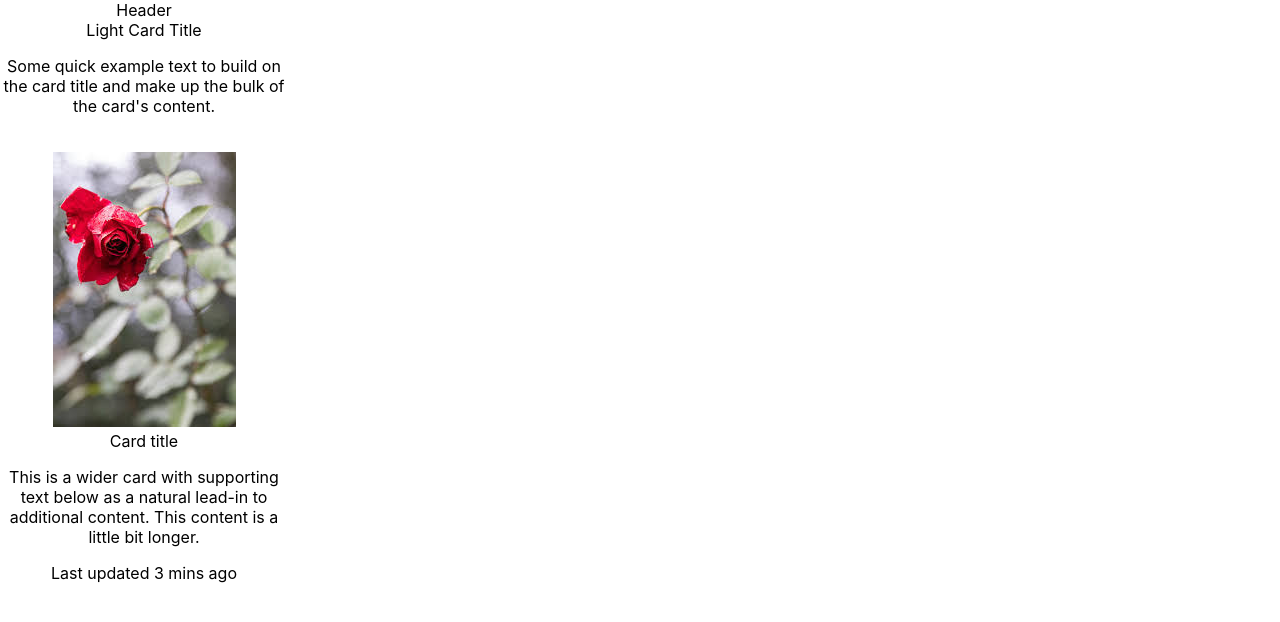
Repository: vakharia5/Preview
Page: /
These files come from the project's save history. The page is drawn as it stood at one moment and after the next save; the edit follows.
The browser window is 1280 px wide. The pictures show the whole page.
The project was rebuilt for these pictures with package versions that can differ from the ones it lists, and the page was loaded fresh each time.

Above is the page before, as saved 2020-06-22 13:07:20.

After the next save:
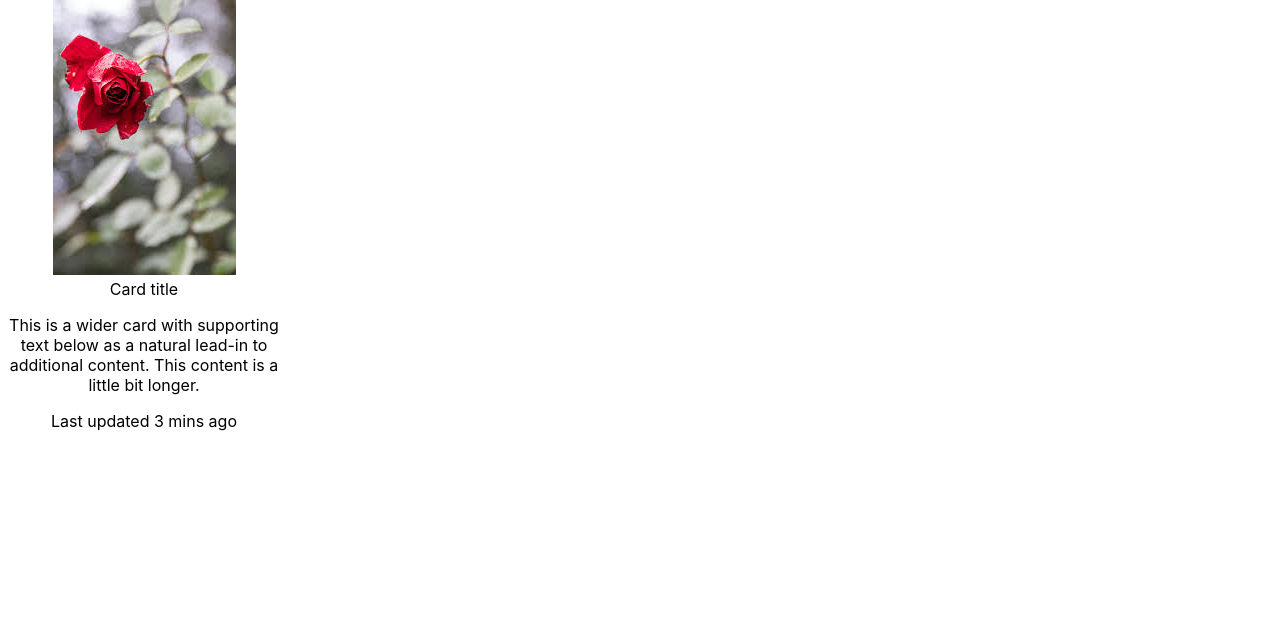
Saved 11 s later.
--- a/src/components/CardList.js
+++ b/src/components/CardList.js
@@ -6,19 +6,6 @@
     render() {
         return (
    <div>
-
-
-        <Card border="secondary" style={{ width: '18rem' }}>
-          <Card.Header>Header</Card.Header>
-          <Card.Body>
-            <Card.Title>Light Card Title</Card.Title>
-            <Card.Text>
-              Some quick example text to build on the card title and make up the bulk
-              of the card's content.
-            </Card.Text>
-          </Card.Body>
-        </Card>
-        <br />
         <Card  border="secondary" style={{ width: '18rem' }}>
   <Card.Img src={img} alt="Card image" />
   <Card.ImgOverlay>

After the save that followed:
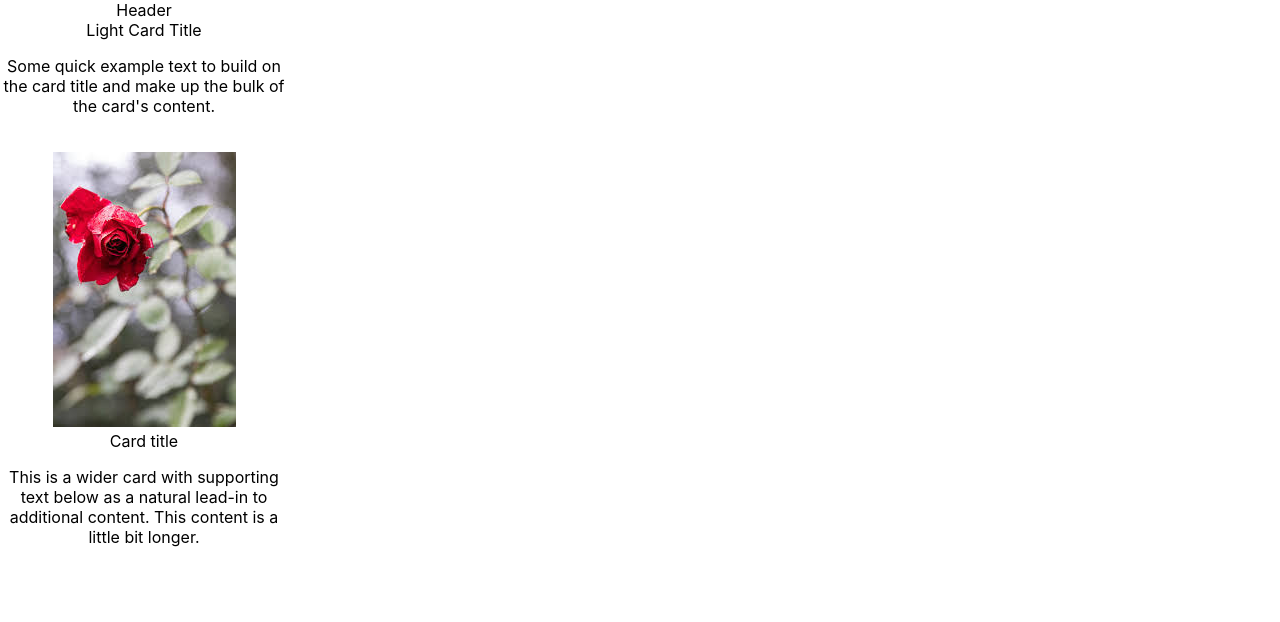
Saved 33 s later.
--- a/src/components/CardList.js
+++ b/src/components/CardList.js
@@ -6,6 +6,19 @@
     render() {
         return (
    <div>
+
+
+        <Card border="secondary" style={{ width: '18rem' }}>
+          <Card.Header>Header</Card.Header>
+          <Card.Body>
+            <Card.Title>Light Card Title</Card.Title>
+            <Card.Text>
+              Some quick example text to build on the card title and make up the bulk
+              of the card's content.
+            </Card.Text>
+          </Card.Body>
+        </Card>
+        <br />
         <Card  border="secondary" style={{ width: '18rem' }}>
   <Card.Img src={img} alt="Card image" />
   <Card.ImgOverlay>
@@ -14,7 +27,6 @@
       This is a wider card with supporting text below as a natural lead-in to
       additional content. This content is a little bit longer.
     </Card.Text>
-    <Card.Text>Last updated 3 mins ago</Card.Text>
   </Card.ImgOverlay>
 </Card>
       </div>
